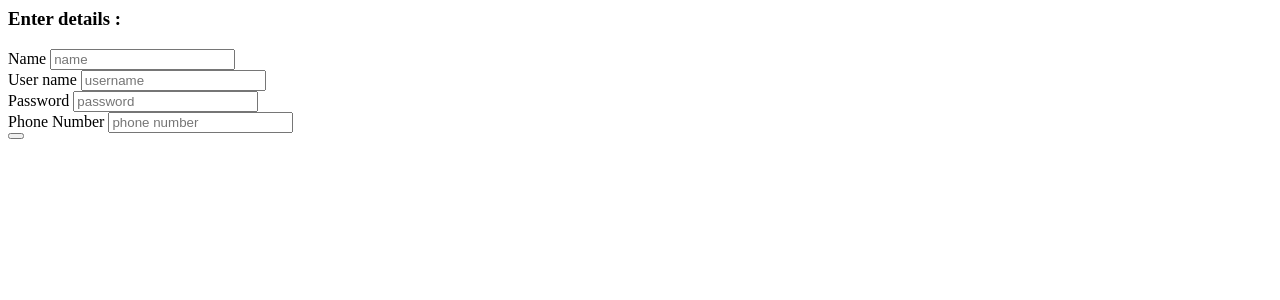
Repository: ApoorvaMishra4/Bootcamp
Page: http://localhost/Login/
The author's editor kept a copy of each file at every save. The page is drawn from the files as they stood at one save, then again after the next save.
The browser window is 1280 px wide. The pictures show the whole page.
The page is served by Tomcat 9.

Above is the page before, as saved 2018-08-09 03:56:57.

After the next save:
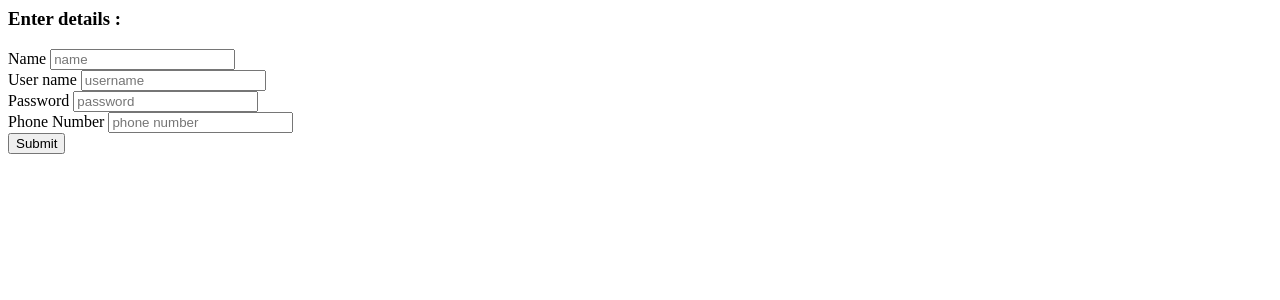
Saved 14 s later.
--- a/Login/src/main/webapp/index.jsp
+++ b/Login/src/main/webapp/index.jsp
@@ -18,7 +18,7 @@
 <label for="phoneNumber">Phone Number</label>
 <input type="text" name="phoneNumber"  placeholder="phone number">
 <br>
-<button type="submit" value="Submit"></button>
+<button type="submit" value="Submit">Submit</button>
 </form>
 </body>
 </html>
